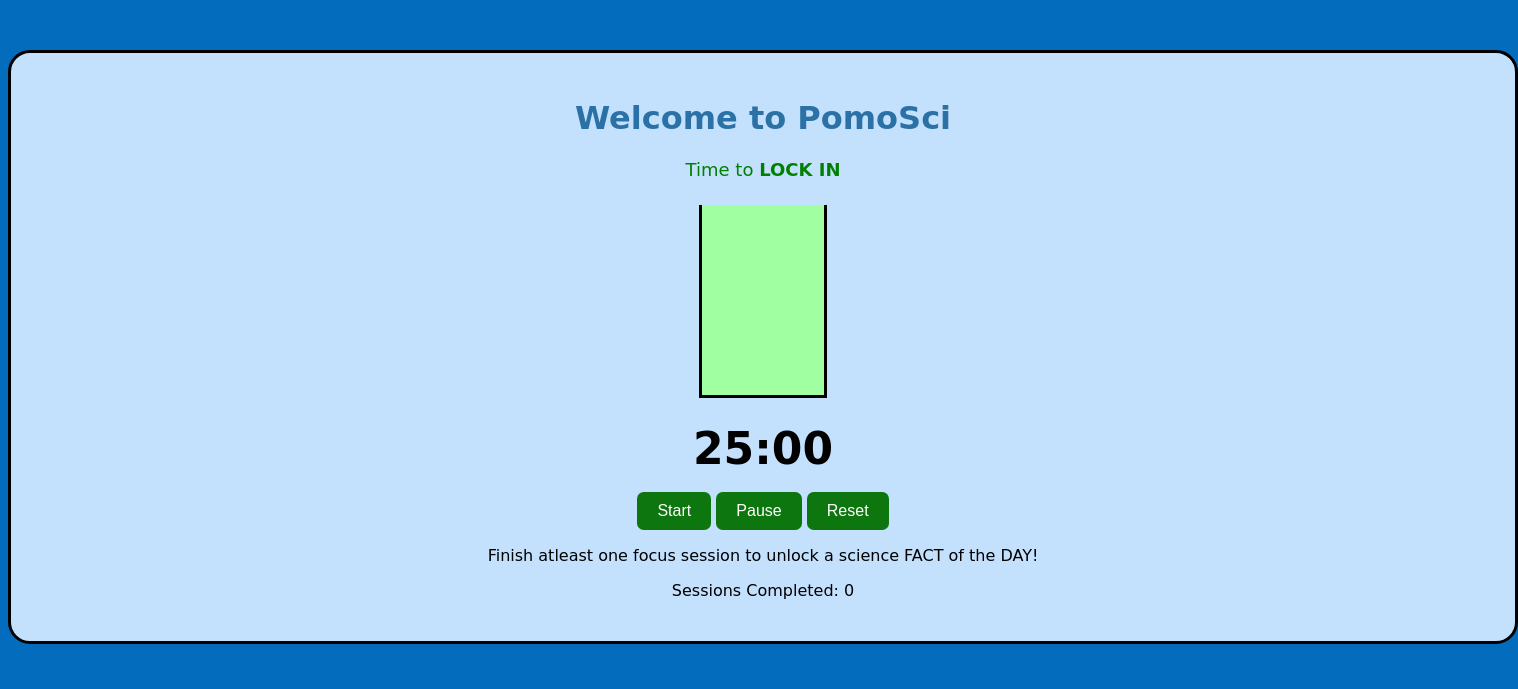
Repository: manayparikh1/Pomosci
Page: index.html
The author's editor kept a copy of each file at every save. The page is drawn from the files as they stood at one save, then again after the next save.
The browser window is 1280 px wide. The page is 1518 px wide, so the pictures cover 1518 px, including what lies to the right of the window. The pictures show the whole page.

Above is the page before, as saved 2026-11-13 13:40:03.

### index.html
<!DOCTYPE html>
<html lang="en">

<head>
    <meta charset="UTF-8">
    <meta name="viewport" content="width=device-width, initial-scale=1.0">
    <title><strong>PomoSci</strong></title>

    <head>

    <body>
        <!-- ======== HTML ======== -->
        <div class="lab_sci">
            <h1>Welcome to PomoSci</h1>
            <p id="mode">Time to <strong>LOCK IN</strong></p>

            <div class="beaker is paused" id="beaker">
                <div id="liquid">
                    <span class="bubble"></span>
                    <span class="bubble"></span>
                    <span class="bubble"></span>
                    <span class="bubble"></span>
                </div>
            </div>
            <div id="time">25:00</div>
            <button onclick="start()">Start</button>
            <button onclick="pause()">Pause</button>
            <button onclick="reset()">Reset</button>

            <p id="fact">Finish atleast one focus session to unlock a science FACT of the DAY!</p>
            <p id="count">Sessions Completed: 0</p>

            <!-- ====Css--===-->

            <style>
                body {
                    font-family: Comic Sans MS, Comic Sans, cursive;
                    background-color: rgb(4, 108, 188);
                    text-align: center;
                }

                .lab_sci {
                    background-color: rgb(195, 225, 253);
                    width: 1454px;
                    margin: 50px auto;
                    padding: 25px;
                    border: 3px solid black;
                    border-radius: 22px;
                }

                h1 {
                    color: rgb(44, 113, 166);
                }

                #mode {
                    color: green;
                    font-size: 18px;
                }

                .beaker {
                    width: 122px;
                    height: 190px;
                    margin: 25px auto;
                    border: 3px solid black;
                    border-top: none;
                    position: relative;
                }

                #liquid {
                    background-color: rgb(160, 255, 160);
                    height: 100%;
                    position: absolute;
                    bottom: 0;
                    width: 100%;
                }

                #time {
                    font-size: 44px;
                    font-weight: bold;
                    margin: 18px;
                    font-family: 'Comic Sans MS', cursive, sans-serif;
                }

                button {
                    background-color: rgb(14, 118, 14);
                    color: white;
                    padding: 10px 20px 10px;
                    font-size: 16px;
                    border: none;
                    border-radius: 6.7px;
                }

                button:hover {
                    background-color: rgb(132, 212, 132);
                    color: rgb(30, 30, 30);
                    cursor: pointer;
                    border: 4.5px solid rgb(55, 0, 0);
                }

After the next save:
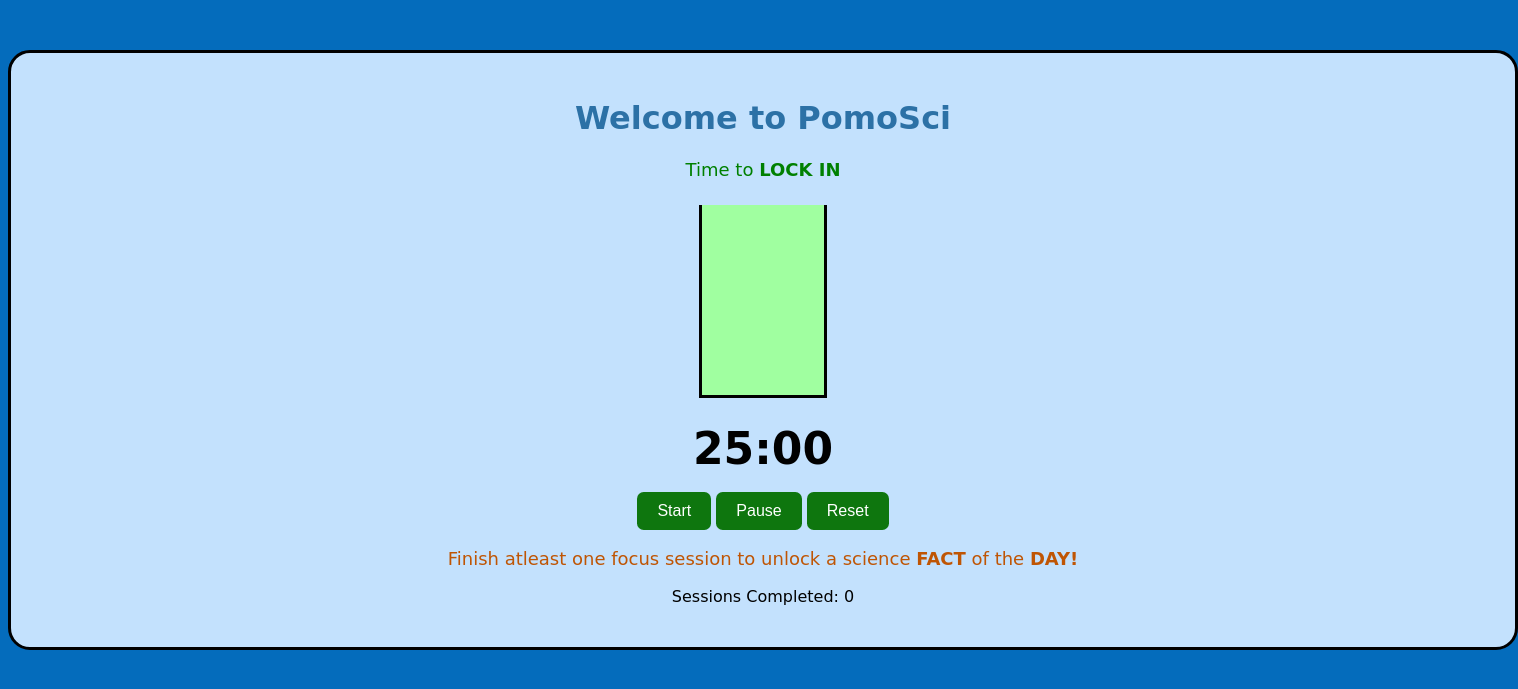
Saved 111 s later.
--- a/index.html
+++ b/index.html
@@ -27,7 +27,8 @@
             <button onclick="pause()">Pause</button>
             <button onclick="reset()">Reset</button>
 
-            <p id="fact">Finish atleast one focus session to unlock a science FACT of the DAY!</p>
+            <p id="fact">Finish atleast one focus session to unlock a science <strong>FACT</strong> of the
+                <strong>DAY!</strong></p>
             <p id="count">Sessions Completed: 0</p>
 
             <!-- ====Css--===-->
@@ -96,3 +97,8 @@
                     cursor: pointer;
                     border: 4.5px solid rgb(55, 0, 0);
                 }
+
+                #fact {
+                    color: rgb(191, 85, 4);
+                    font-size: 18px;
+                }
